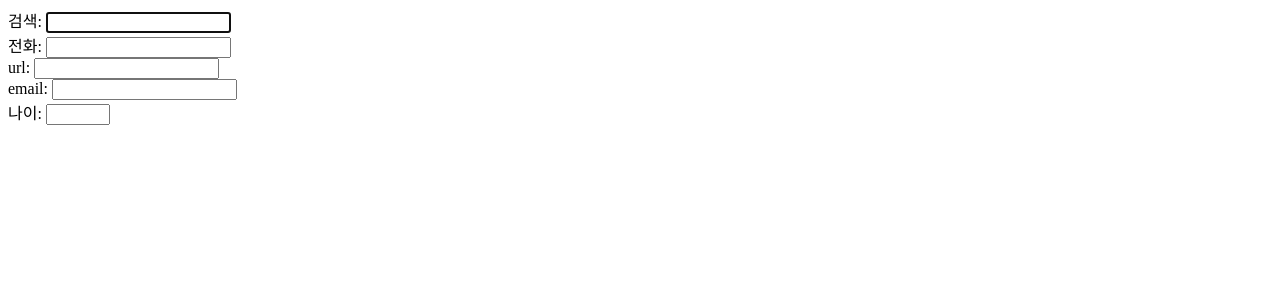
Repository: Jin0207/html_css
Page: day1130/src/main/webapp/enhancedTag.html
The author's editor kept a copy of each file at every save. The page is drawn from the files as they stood at one save, then again after the next save.
The browser window is 1280 px wide. The pictures show the whole page.

Above is the page before, as saved 2021-11-30 06:32:38.

### day1130/src/main/webapp/enhancedTag.html
<!DOCTYPE html>
<html>
<head>
<meta charset="EUC-KR">
<title>Insert title here</title>
</head>
<body>
	<form action="enhancedTag.jsp" method="post">
		검색: <input type="search" name="keyword" autofocus="autofocus"> <br>
		전화: <input type="tel" name="tel" required="required"> <br>
		url: <input type="url" name="url"> <br>
		email: <input type="email" name="email" required="required"> <br>
		나이: <input type="number" name="age" min="1" max="100" required="required"> <br>
	</form>
</body>
</html>

After the next save:
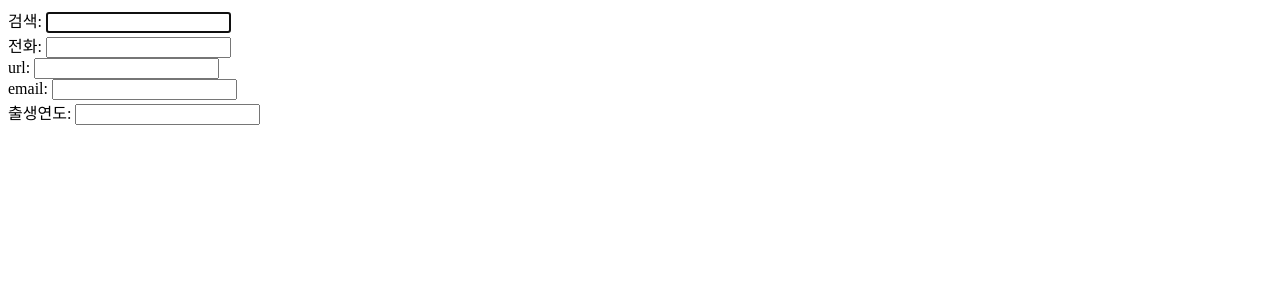
Saved 14 s later.
--- a/day1130/src/main/webapp/enhancedTag.html
+++ b/day1130/src/main/webapp/enhancedTag.html
@@ -10,7 +10,7 @@
 		전화: <input type="tel" name="tel" required="required"> <br>
 		url: <input type="url" name="url"> <br>
 		email: <input type="email" name="email" required="required"> <br>
-		나이: <input type="number" name="age" min="1" max="100" required="required"> <br>
+		출생연도: <input type="number" name="age" min="year" max="100" required="required"> <br>
 	</form>
 </body>
 </html>
